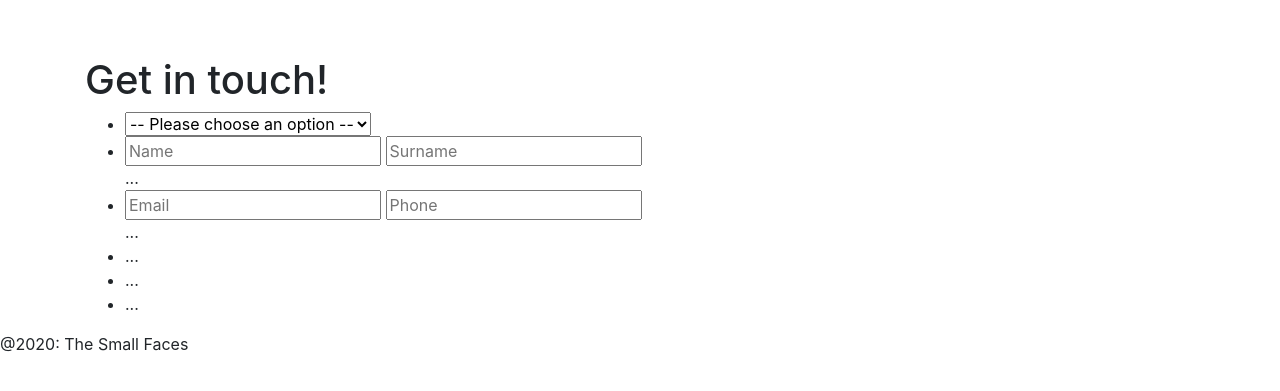
Repository: akshatnitd/User-Centric-FrontEnd-Milestone-Project
Page: contact.html
The author's editor kept a record of every edit. The page is drawn from the files as they stood at one moment, then again after the next edit.
The browser window is 1280 px wide. The pictures show the whole page.
Some web libraries are served in a nearby version.

Above is the page before.

After the next edit:
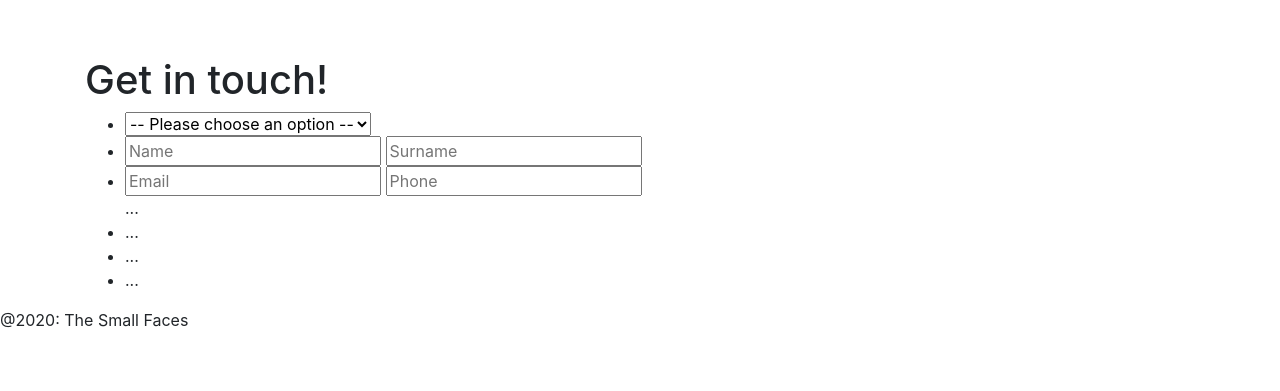
The edit:
--- a/contact.html
+++ b/contact.html
@@ -57,7 +57,7 @@
                <input type="text" placeholder="Name" required>
                <input type="text" placeholder="Surname" required>
            </div>
-...    </li>
+       </li>
       <li>
           <div class="grid grid-2">
               <input type="email" placeholder="Email" required>
